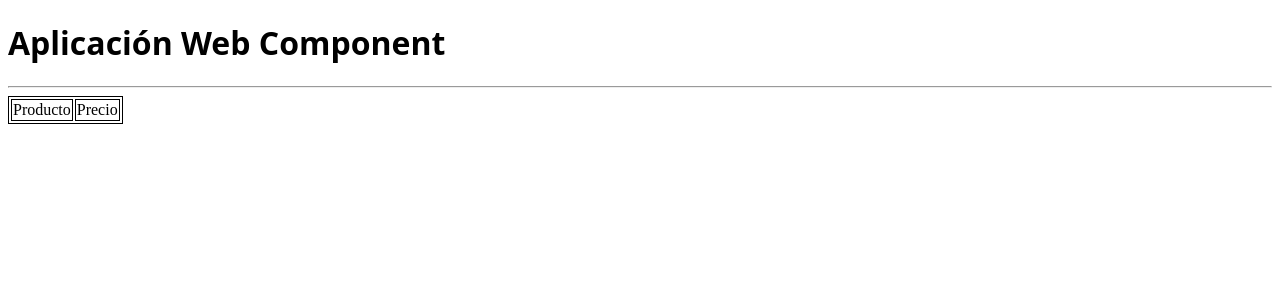
Repository: maxTech2019/Lab-react-C12024
Page: /
An editor plug-in stored every save of this project. The page is shown before and after the next save, followed by the edit.
The browser window is 1280 px wide. The pictures show the whole page.
The page's requests for data from a server got no answer. The project was rebuilt for these pictures with package versions that can differ from the ones it lists, and the page was loaded fresh each time. No one was signed in, and anything a server would have sent is missing. Also part of the build but not shown: vite.config.js, src/custom_hooks/useContador.js, src/component/ContadoruseEffect.jsx.

Above is the page before, as saved 2024-06-06 10:56:50.

### src/main.jsx
import React from 'react'
import ReactDOM from 'react-dom/client'
import App from './App';


const root = ReactDOM.createRoot(document.getElementById('root'));
root.render(
  <React.StrictMode>
    <App />
  </React.StrictMode>,
)

### src/App.jsx
import { Productos } from "./component/Productos";
import {ContadoruseEffect} from "./component/ContadoruseEffect";

const App = () => {
  return (
    <>
      <h1>Aplicación Web Component</h1>
      <hr />
      {/* <Contador /> */}
      <Productos/>
      {/* <ContadoruseEffect /> */}
    </>
  );
}

export default App

### src/component/Productos.jsx
import { useEffect, useState } from "react";
import '../css/productos.css';

export const Productos = () => {
    const [productos, setProductos] = useState([]);

    useEffect(()=>{
        fetch('https://fakestoreapi.com/products')
            .then(response => response.json())
            .then(data => setProductos(data));
    },[]);

    return(
        <div>
            <table>
                <tr><td>Producto</td><td>Precio</td></tr>
                {
                    productos.map(({id, title, price, image}) => (
                        <tr key={id}>
                            <td>{title}</td>
                            <td>{price}</td>
                            <td>
                                <img src={image} alt={`Imagen ${id}`} />
                            </td>
                        </tr>
                    ))
                }
            </table>
            {/* <ul>
                {
                    productos.map(({id, title})=>(
                        <li key={id}>{title}</li>
                    ))
                }
            </ul> */}
        </div>
    );
}

### src/css/productos.css

img {
    width: 65px;
    height: 65px;
}

table, tr, td{
    border: 1px, solid, black;
}

### src/css/estilos_contuseEffect.css
 button.miBoton {
    width: 50px;
    height: 50px;
    margin-left: 5px;
 }
 h1{
    font-family: system-ui;
    font-size: 2em;
 }

Loaded but not shown: index.html (common file)

After the next save:
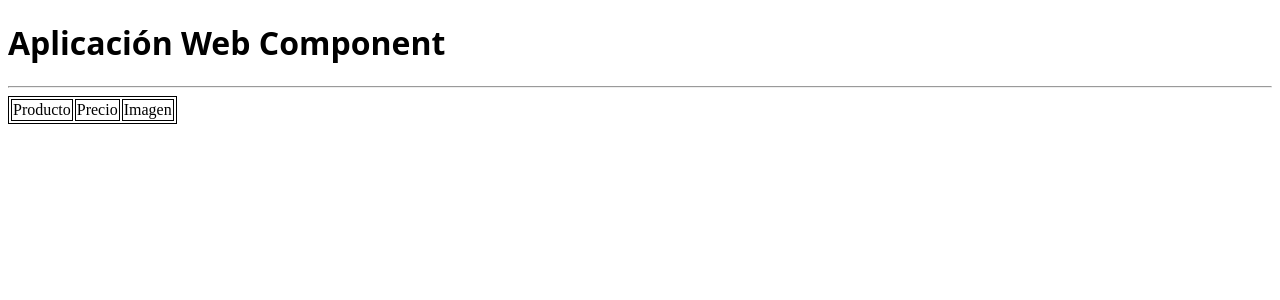
Saved 5 s later.
--- a/src/component/Productos.jsx
+++ b/src/component/Productos.jsx
@@ -13,7 +13,7 @@ export const Productos = () => {
     return(
         <div>
             <table>
-                <tr><td>Producto</td><td>Precio</td></tr>
+                <tr><td>Producto</td><td>Precio</td><td>Imagen</td></tr>
                 {
                     productos.map(({id, title, price, image}) => (
                         <tr key={id}>
